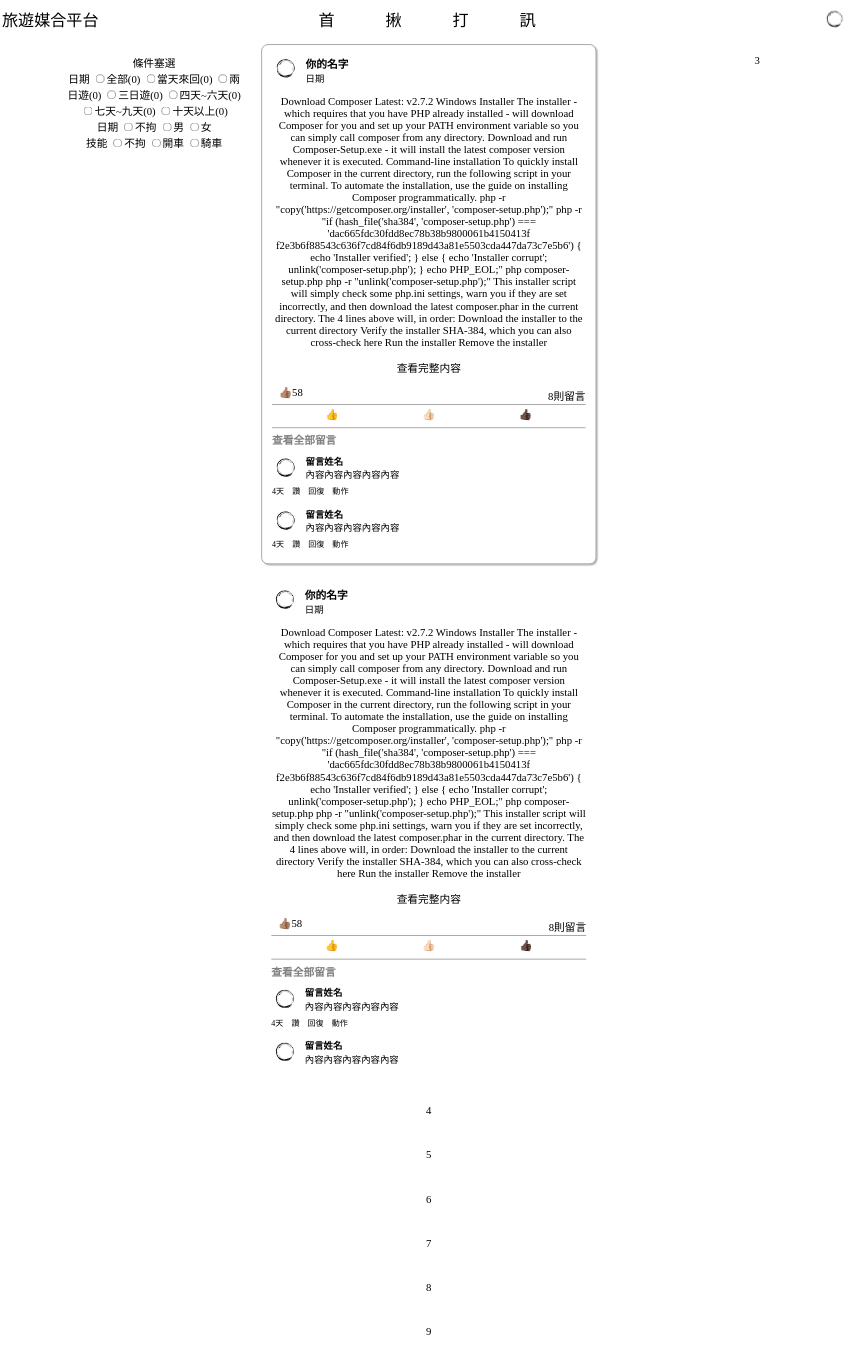
Repository: yuchiyang123/index_view
Page: http://localhost/
The author's editor kept a copy of each file at every save. The page is drawn from the files as they stood at one save, then again after the next save.
The browser window is 1280 px wide. The pictures show the whole page, at 67% of full size.
The page is run by PHP 8.4 with error messages shown; the project is at /var/www/html/.

Above is the page before, as saved 2024-03-27 21:27:08.

After the next save:
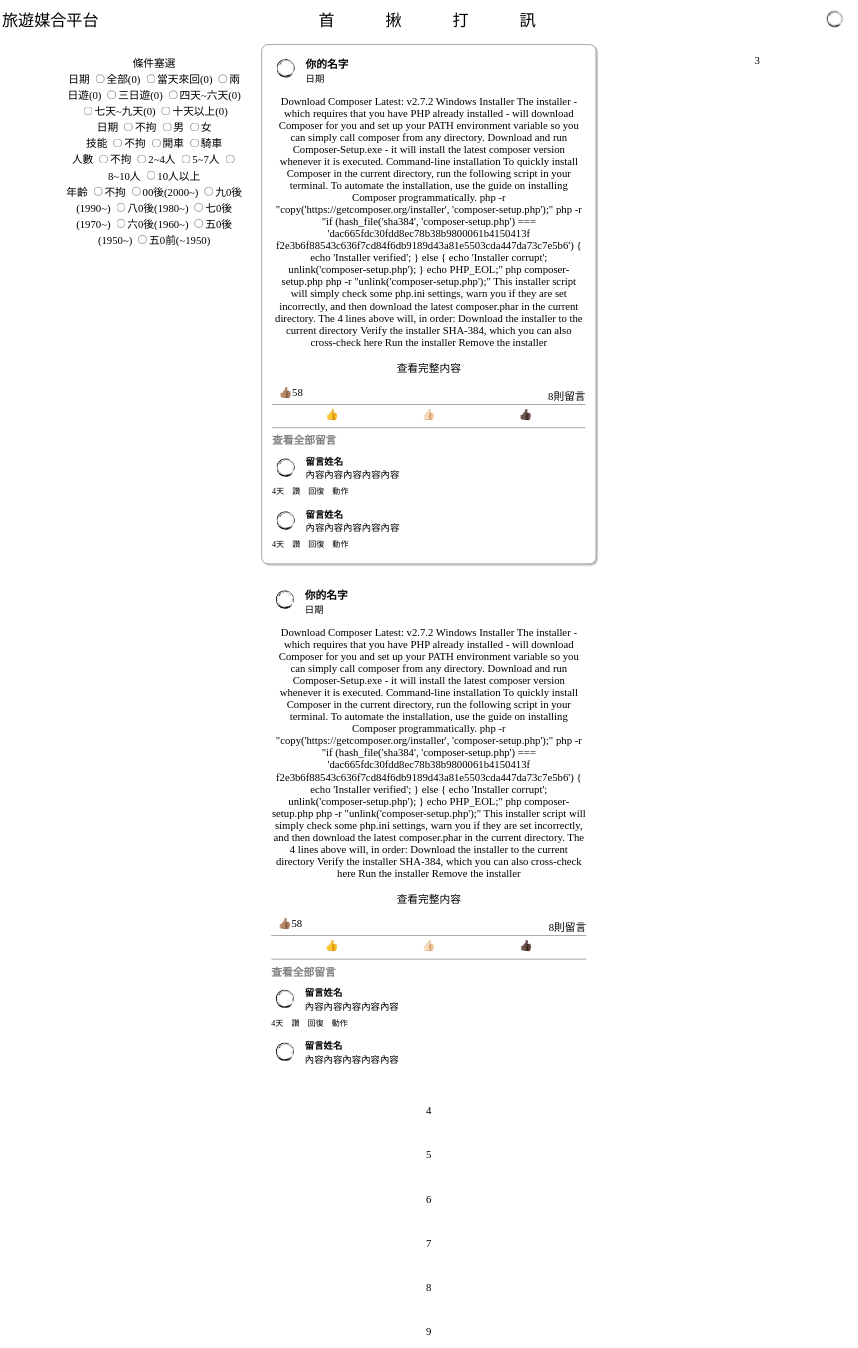
Saved 6 min 21 s later.
--- a/index.php
+++ b/index.php
@@ -228,6 +228,25 @@ a{
                         <input type="radio" name="skill" value="">不拘
                         <input type="radio" name="skill" value="car">開車
                         <input type="radio" name="skill" value="motorcycle">騎車
+                    </div>
+                    <div>
+                        <label>人數</label>
+                        <input type="radio" name="NOpeople" value="">不拘
+                        <input type="radio" name="NOpeople" value="two">2~4人
+                        <input type="radio" name="NOpeople" value="five">5~7人
+                        <input type="radio" name="NOpeople" value="eight">8~10人
+                        <input type="radio" name="NOpeople" value="tenOver">10人以上
+                    </div>
+                    <div>
+                        <label>年齡</label>
+                        <input type="radio" name="age" value="">不拘
+                        <input type="radio" name="age" value="2000">00後(2000~)
+                        <input type="radio" name="age" value="1990">九0後(1990~)
+                        <input type="radio" name="age" value="1980">八0後(1980~)
+                        <input type="radio" name="age" value="1970">七0後(1970~)
+                        <input type="radio" name="age" value="1960">六0後(1960~)
+                        <input type="radio" name="age" value="1950">五0後(1950~)
+                        <input type="radio" name="age" value="1949">五0前(~1950)
                     </div>
                 </div>
             </div>
